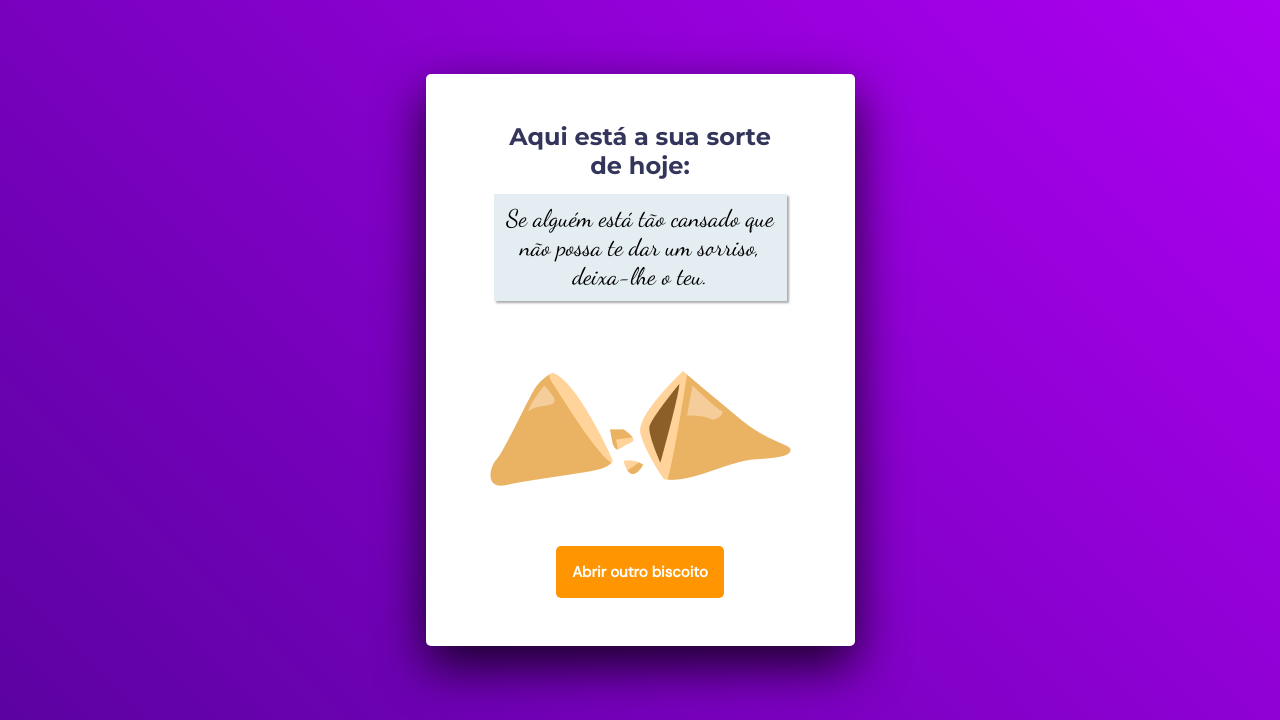
Repository: caueenrico/cookieCoach
Page: index.html
An editor plug-in stored every save of this project. The page is shown before and after the next save, followed by the edit.
The browser window is 1280 px wide. The pictures show the whole page.

Above is the page before, as saved 2023-06-27 16:55:28.

After the next save:
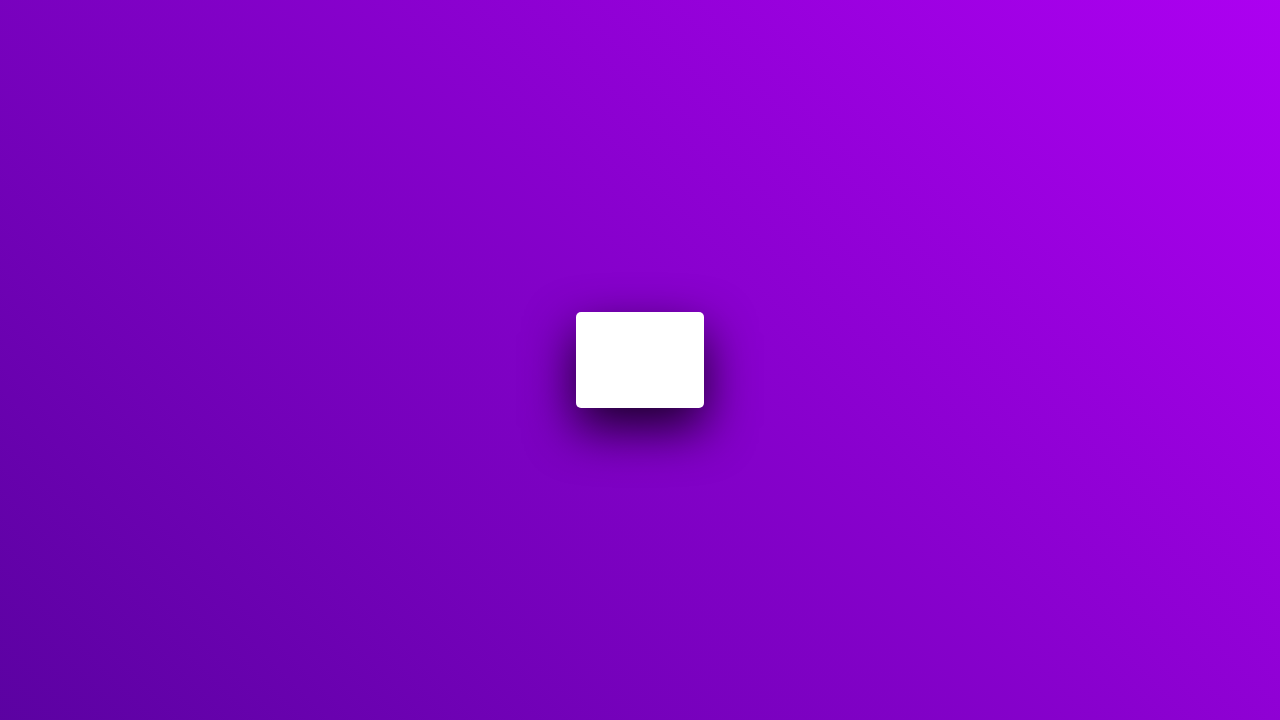
Saved 11 s later.
--- a/style.css
+++ b/style.css
@@ -118,9 +118,7 @@ span {
 }
 
 .abriu {
-  display: flex;
-  flex-direction: column;
-  align-items: center;
+
 }
 
 .abriu button {
